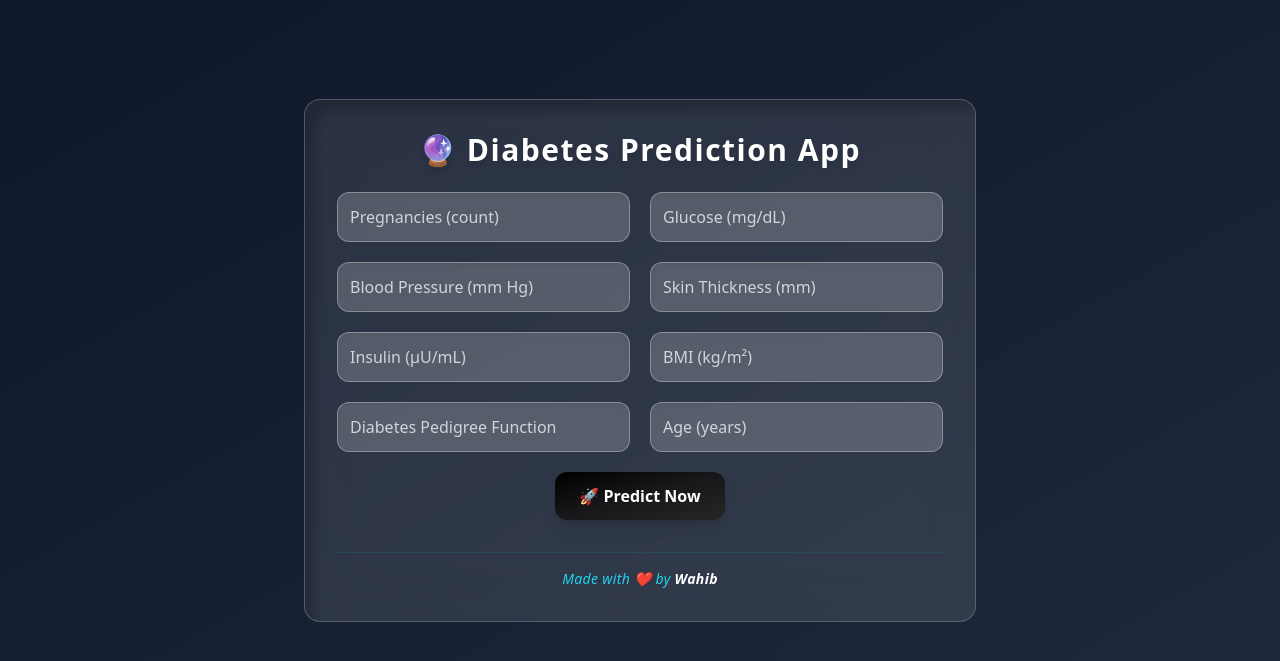
Repository: wahibkhannn/pima-diabetes-app
Page: / (app in frontend/)
The author's editor kept a copy of each file at every save. The page is drawn from the files as they stood at one save, then again after the next save.
The browser window is 1280 px wide. The pictures show the whole page.
The project was rebuilt for these pictures with package versions that can differ from the ones it lists, and the page was loaded fresh each time.

Above is the page before, as saved 2025-06-30 20:54:36.

After the next save:
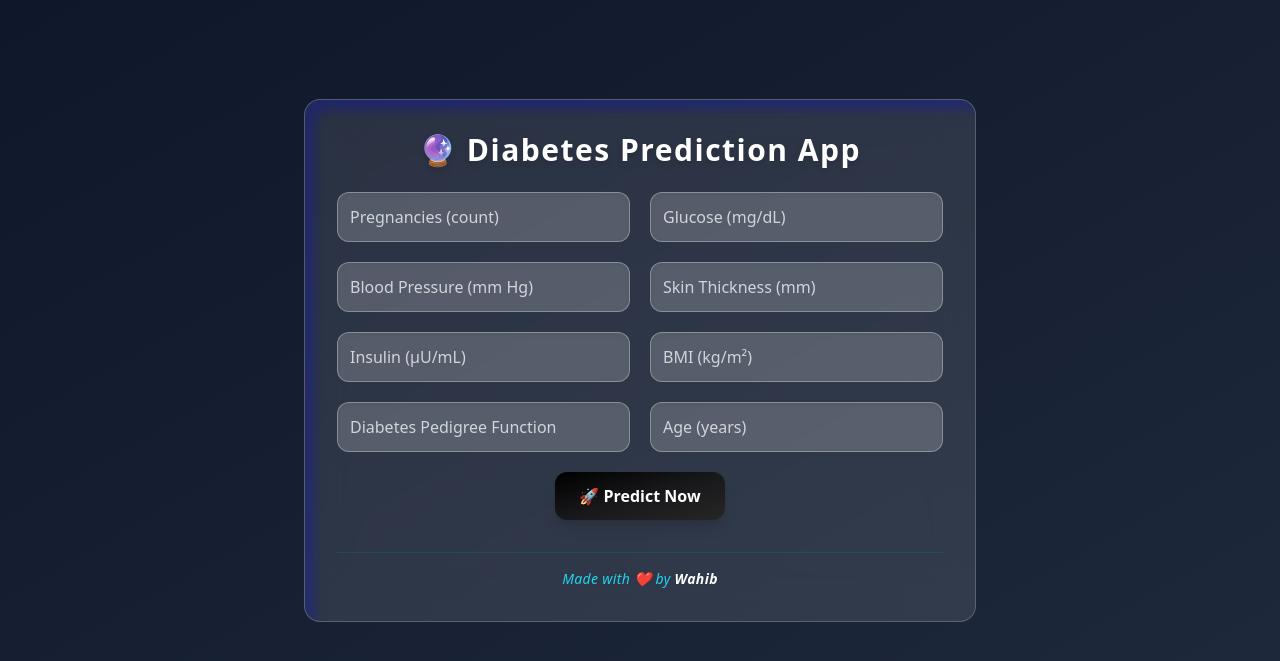
Saved 7 s later.
--- a/frontend/src/DiabetesPredictor.js
+++ b/frontend/src/DiabetesPredictor.js
@@ -43,7 +43,7 @@ const DiabetesPredictor = () => {
 
   return (
     <div className="min-h-screen flex items-center justify-center bg-gradient-to-br from-[#0f172a] to-[#1e293b] text-white font-sans">
-      <div className="bg-white/10 backdrop-blur-xl border border-white/20 shadow-2xl rounded-2xl p-8 w-full max-w-2xl" style={{ boxShadow: 'inset 10px 10px 10px rgba(0, 0, 0, 0.2)' }}>
+      <div className="bg-white/10 backdrop-blur-xl border border-white/20 shadow-2xl rounded-2xl p-8 w-full max-w-2xl" style={{ boxShadow: 'inset 10px 10px 10px rgba(0, 0, 255, 0.2)' }}>
         <h2 className="text-3xl font-bold text-center text-white mb-6 drop-shadow-md tracking-wider hover:text-gray-300 transition-all duration-200
 ">
           🔮 Diabetes Prediction App
